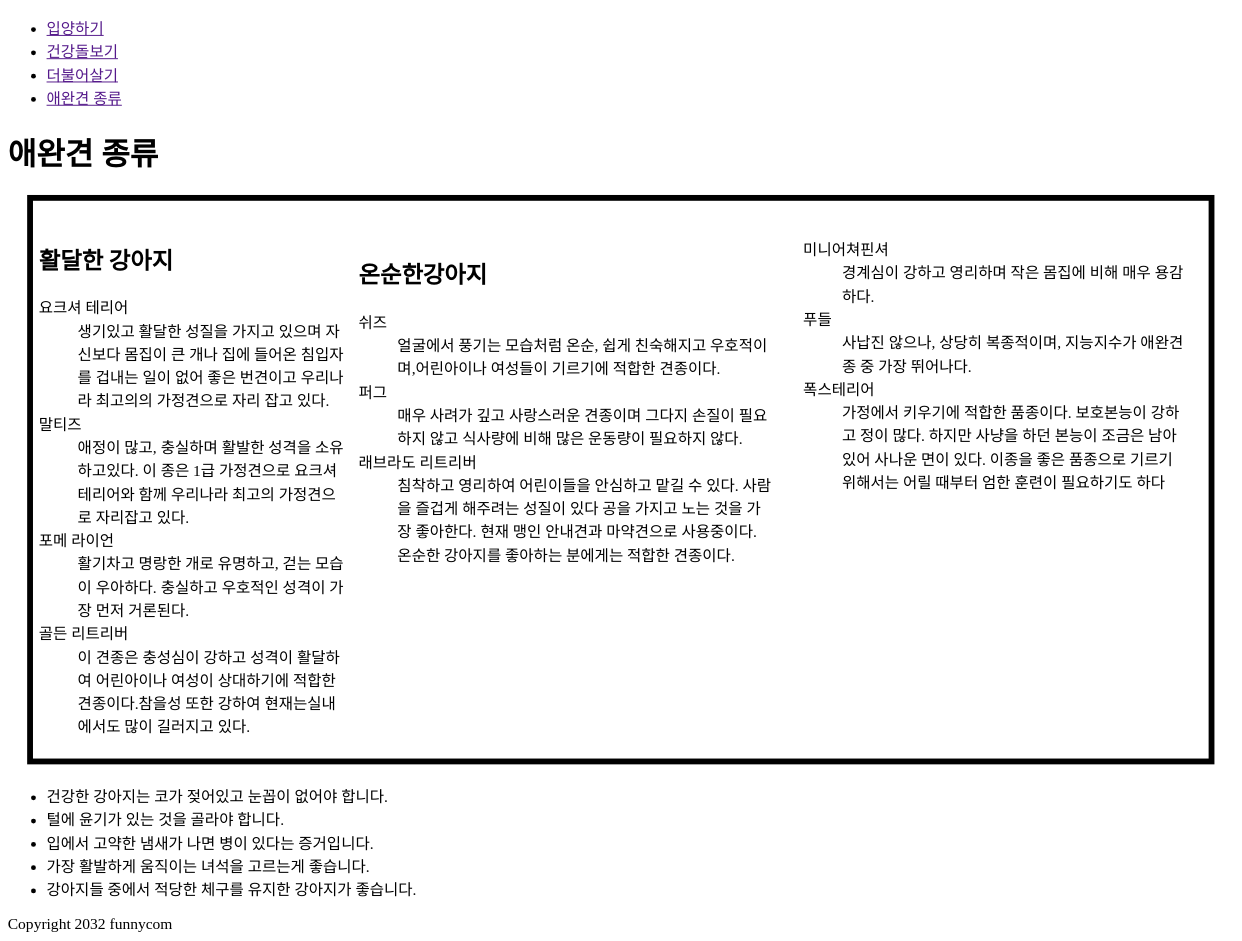
Repository: chlguswns1/web-practice
Page: HTML/src/main/webapp/ps.html
The author's editor kept a copy of each file at every save. The page is drawn from the files as they stood at one save, then again after the next save.
The browser window is 1280 px wide. The pictures show the whole page, at 97% of full size.

Above is the page before, as saved 2023-03-07 01:38:31.

After the next save:
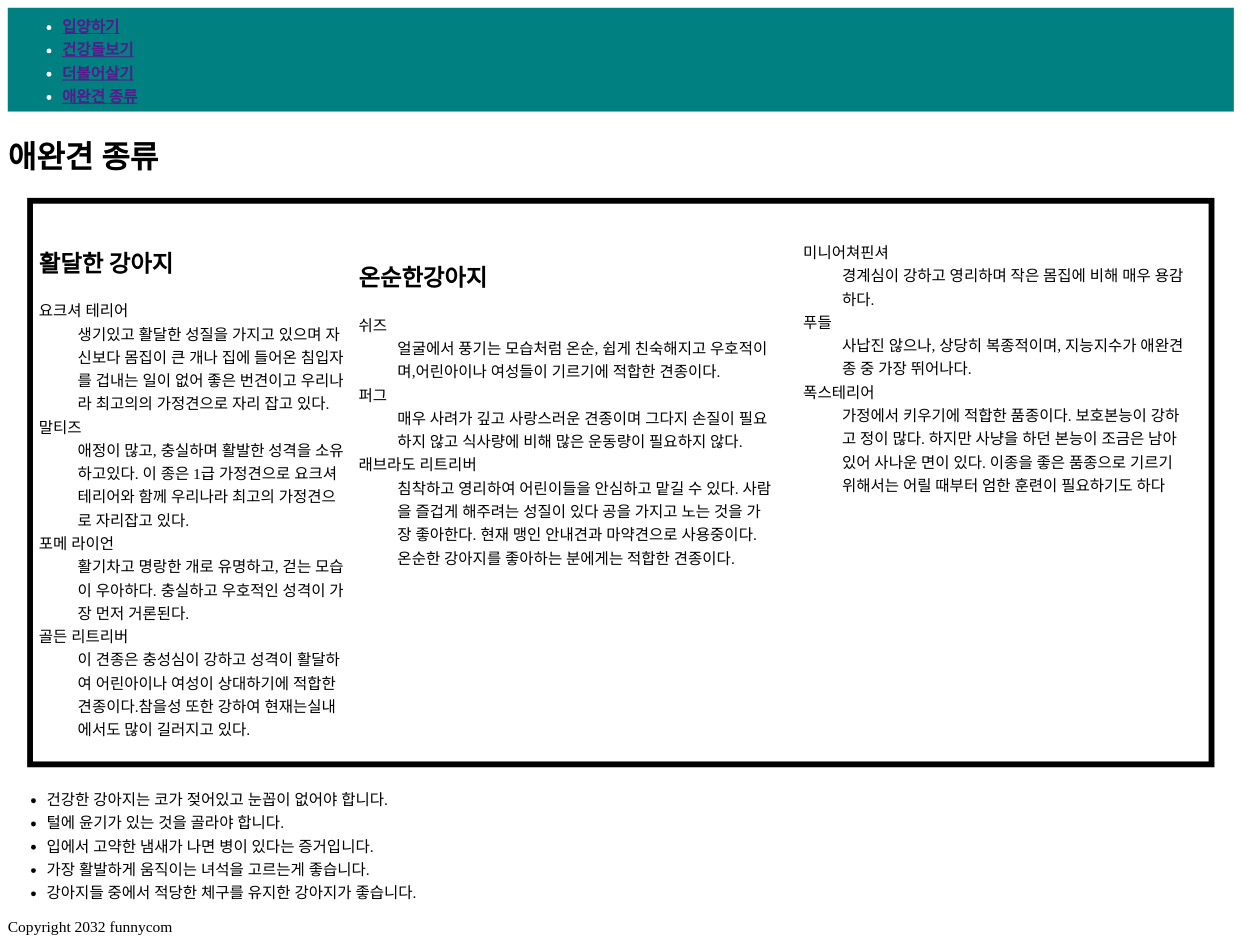
Saved 10 s later.
--- a/HTML/src/main/webapp/ps.css
+++ b/HTML/src/main/webapp/ps.css
@@ -17,8 +17,8 @@
 		padding: 15px;
 		border: 15px;
 }
-#top{
-	  height: 75px;
+header {
+  height: 75px;
   padding: 1rem;
   color: white;
   background: teal;
@@ -26,5 +26,4 @@
   display: flex;
   justify-content: space-between;
   align-items: center;
-
 }
